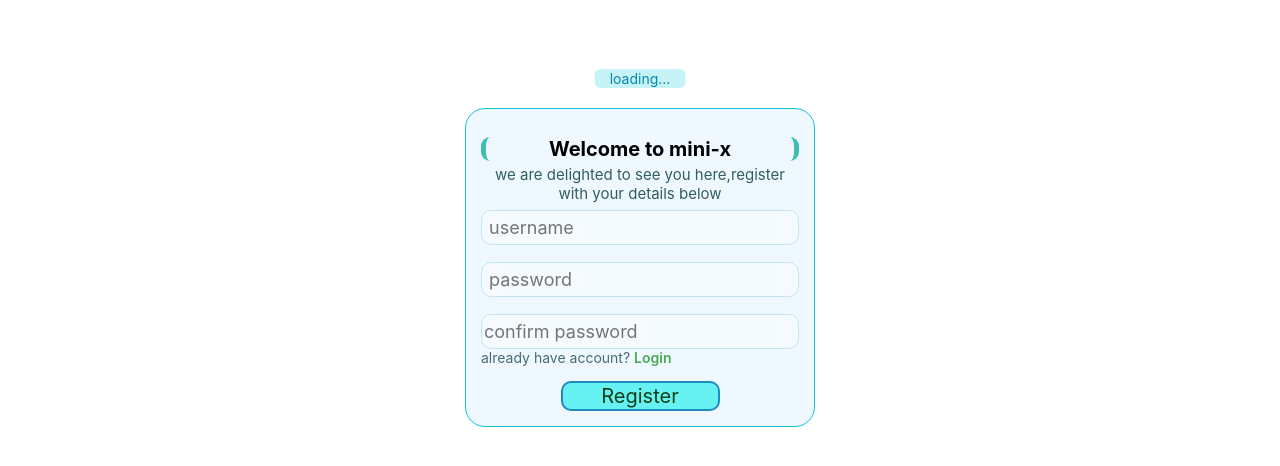
Repository: Usmanashir33/second-app
Page: /
The author's editor kept a copy of each file at every save. The page is drawn from the files as they stood at one save, then again after a run of saves.
The browser window is 1280 px wide. The pictures show the whole page.
Some web libraries are served in a nearby version. The project was rebuilt for these pictures with package versions that can differ from the ones it lists, and the page was loaded fresh each time. Also part of the build but not shown: src/PostForm.js, src/Home.js, src/useFetch.js, src/CommentForm.js, src/PostCard.js, src/Posts.js, src/useGetUser.js, src/profile.css and 14 more.

Above is the page before, as saved 2024-07-24 10:06:34.

After the next 6 saves:
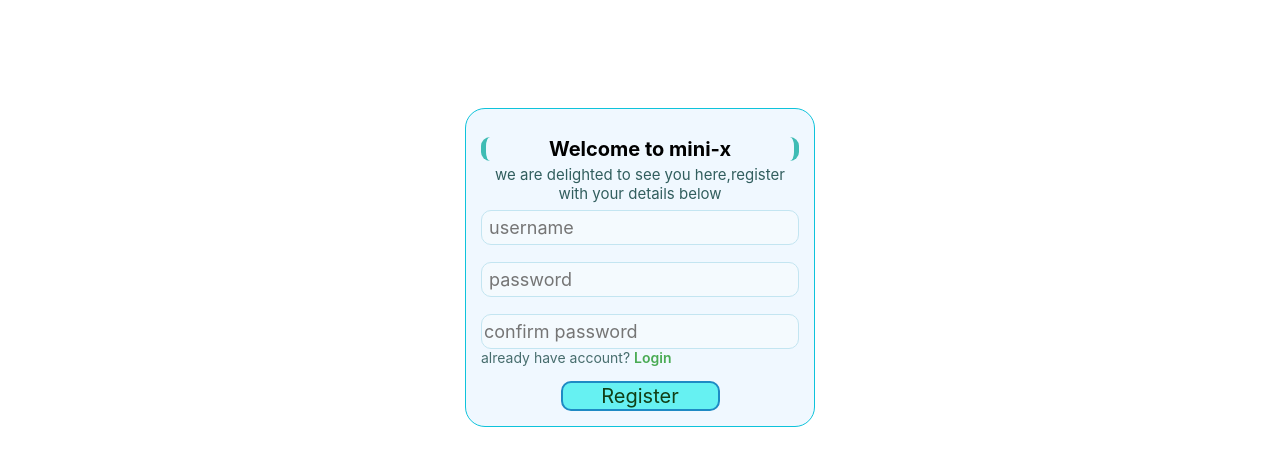
The 6 saves are shown as one change because they came seconds apart.
The last was saved 19 s later.
--- a/src/account/Register.js
+++ b/src/account/Register.js
@@ -29,7 +29,7 @@ const Register = () => {
     // return !isAuthenticated? (
     return(
         <div className="r-form">
-            {<div className="loading-container">loading...</div>}
+            {loading && <div className="loading-container">loading...</div>}
             { logging && <div className="loading-container">{logging}</div>}
             {failed && <div className="failed-container">{failed}</div>}
             <form onSubmit={(e) => {handleForm(e)}}>
